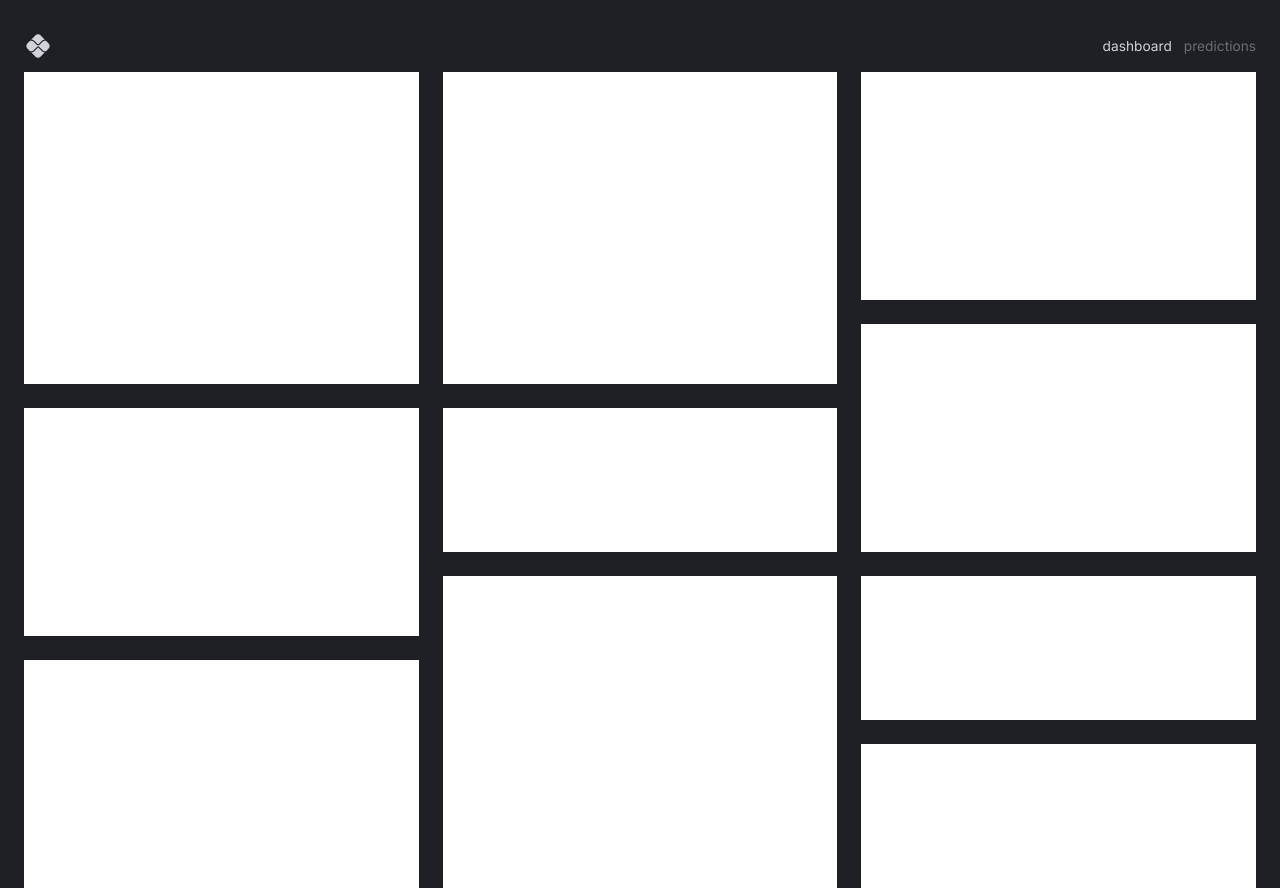
Repository: BernhardSilva/finance-client
Page: /
An editor plug-in stored every save of this project. The page is shown before and after the next save, followed by the edit.
The browser window is 1280 px wide. The pictures show the whole page.
The project was rebuilt for these pictures with package versions that can differ from the ones it lists, and the page was loaded fresh each time. Also part of the build but not shown: vite.config.ts.

Above is the page before, as saved 2023-05-14 22:05:04.

After the next save:
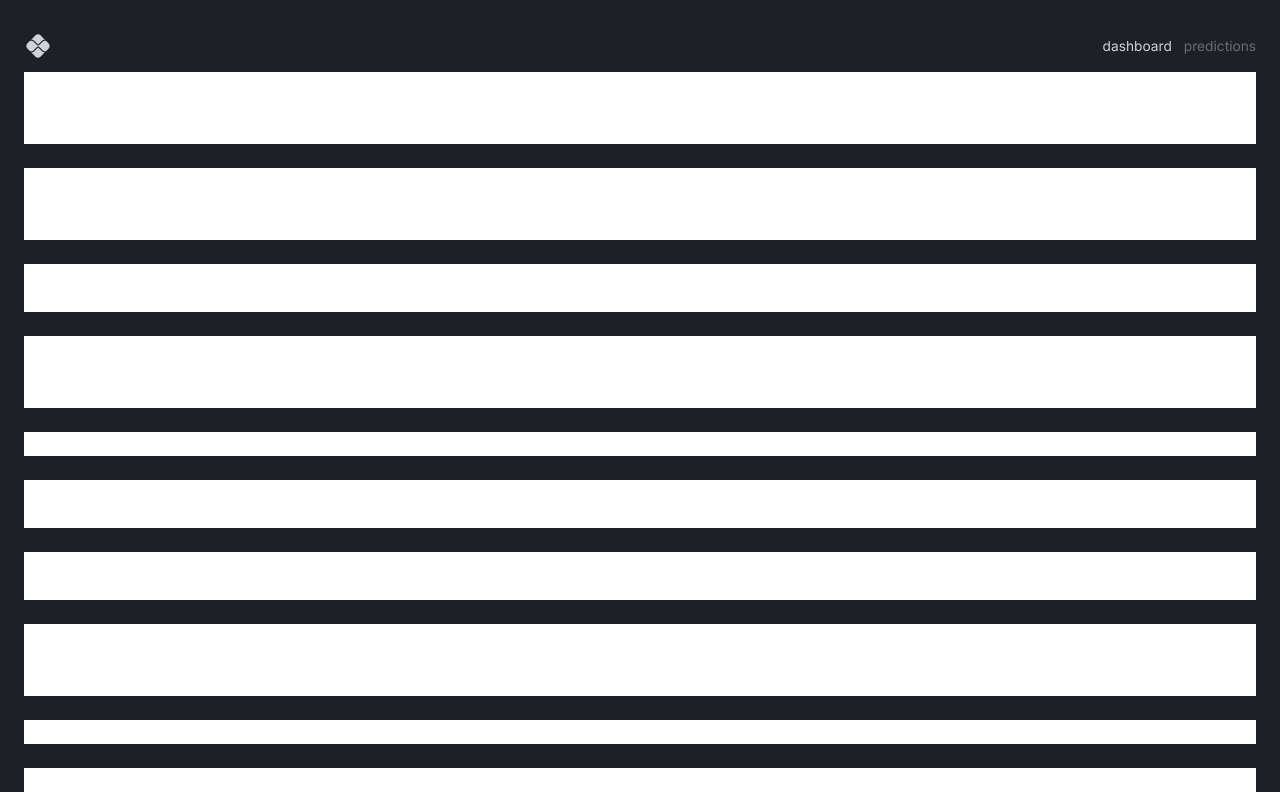
Saved 97 s later.
--- a/src/scenes/dashboard/index.tsx
+++ b/src/scenes/dashboard/index.tsx
@@ -53,11 +53,16 @@ const Dashboard = (props: Props) => {
     const { palette } = useTheme()
     return (
         <Box width="100%" height="100%" display="grid" gap="1.5rem"
-            sx={{
+            sx={isAboveMediumScreens ? {
                 gridTemplateColumns: "repeat(3, minmax(370px, 1fr))",
                 gridTemplateRows: "repeat(10, minmax(60px, 1fr ))",
                 gridTemplateAreas: gridTemplateLargeScreens,
-            }}>
+            } : {
+                gridTemplateColumns: "",
+                gridTemplateRows: "",
+                gridTemplateAreas: gridTemplateSmallScreens
+             }
+            }>
             <Box gridArea="a" bgcolor="#fff"></Box>
             <Box gridArea="b" bgcolor="#fff"></Box>
             <Box gridArea="c" bgcolor="#fff"></Box>
